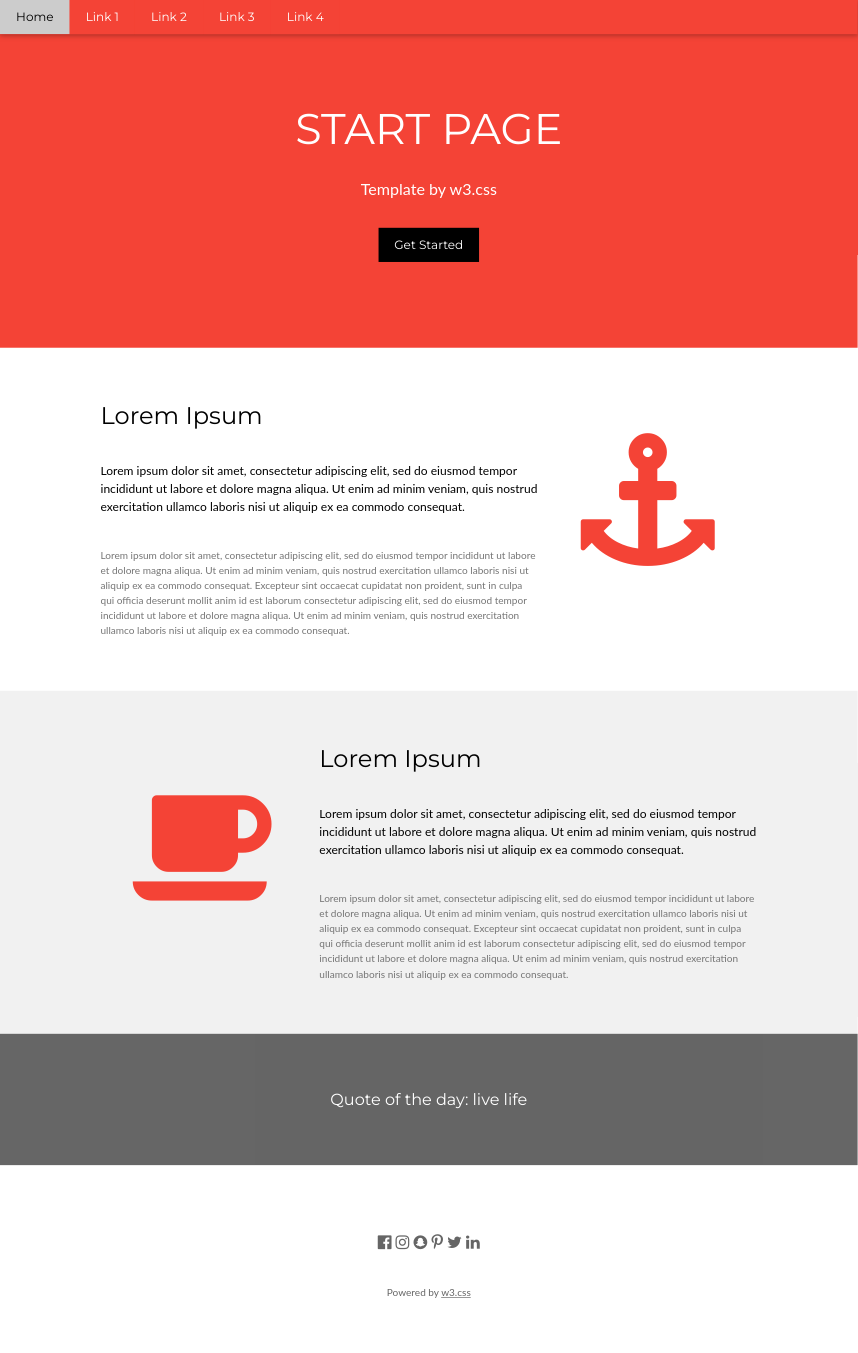
Repository: csanicola74/flask-html
Page: flask_css.html
An editor plug-in stored every save of this project. The page is shown before and after the next save, followed by the edit.
The browser window is 1280 px wide. The pictures show the whole page, at 67% of full size.
Some web fonts or font styles are not loaded; a fallback is used.

Above is the page before, as saved 2022-09-11 20:51:39.

After the next save:
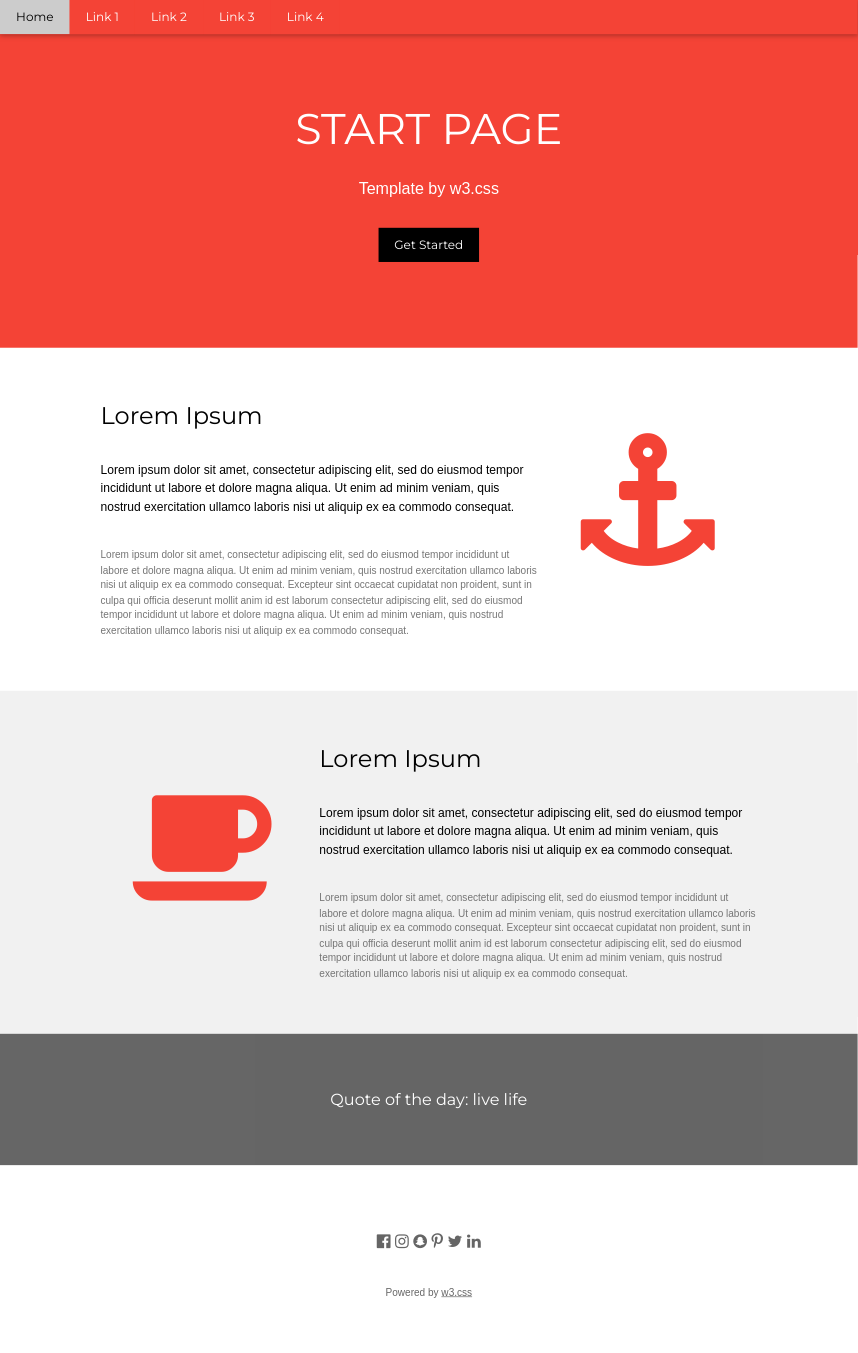
Saved 39 min 30 s later.
--- a/flask_css.html
+++ b/flask_css.html
@@ -17,7 +17,7 @@
         h4,
         h5,
         h6 {
-            font-family: "Lato", sans-serif
+            font-family: "Rancho", sans-serif
         }
 
         .w3-bar,
